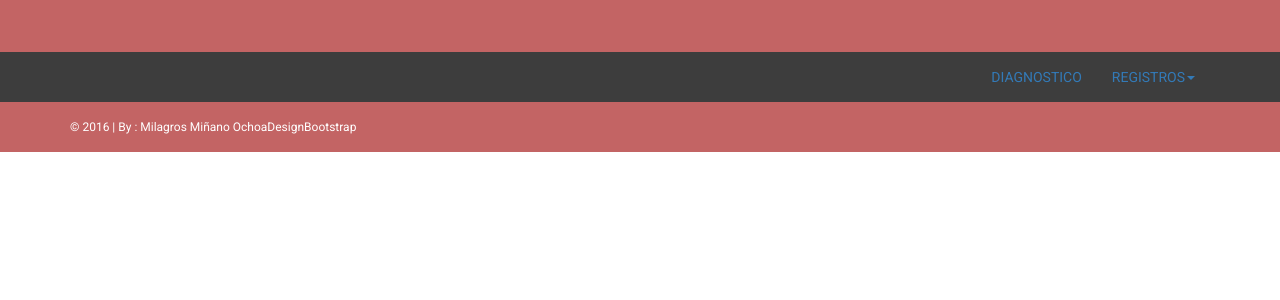
Repository: Mili10/PROYECTOII
Page: http://localhost/Capa_Presentación/frmRegistroSintoma.jsp
These files come from the project's save history. The page is drawn as it stood at one moment and after the next save; the edit follows.
The browser window is 1280 px wide. The pictures show the whole page.
The page is served by Tomcat 9.

Above is the page before, as saved 2016-05-16 03:30:19.

After the next save:
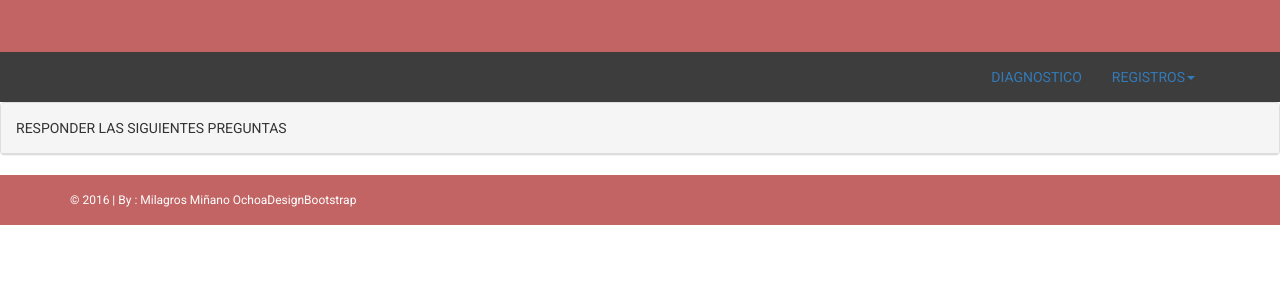
Saved 74 min 51 s later.
--- a/sistema_experto_web/Capa_Presentación/WebContent/frmRegistroSintoma.jsp
+++ b/sistema_experto_web/Capa_Presentación/WebContent/frmRegistroSintoma.jsp
@@ -11,9 +11,12 @@
 </head>
 <body>
 	<jsp:include page="includes/masterHeader.jsp"></jsp:include>
+		<div class="panel panel-default">
+             <div class="panel-heading">
+               RESPONDER LAS SIGUIENTES PREGUNTAS
+             </div>
 
-
-
+    	</div>
 	<jsp:include page="includes/masterFooter.jsp"></jsp:include>
 
 	<script src="Plantilla/js/jquery-1.11.1.js"></script>
